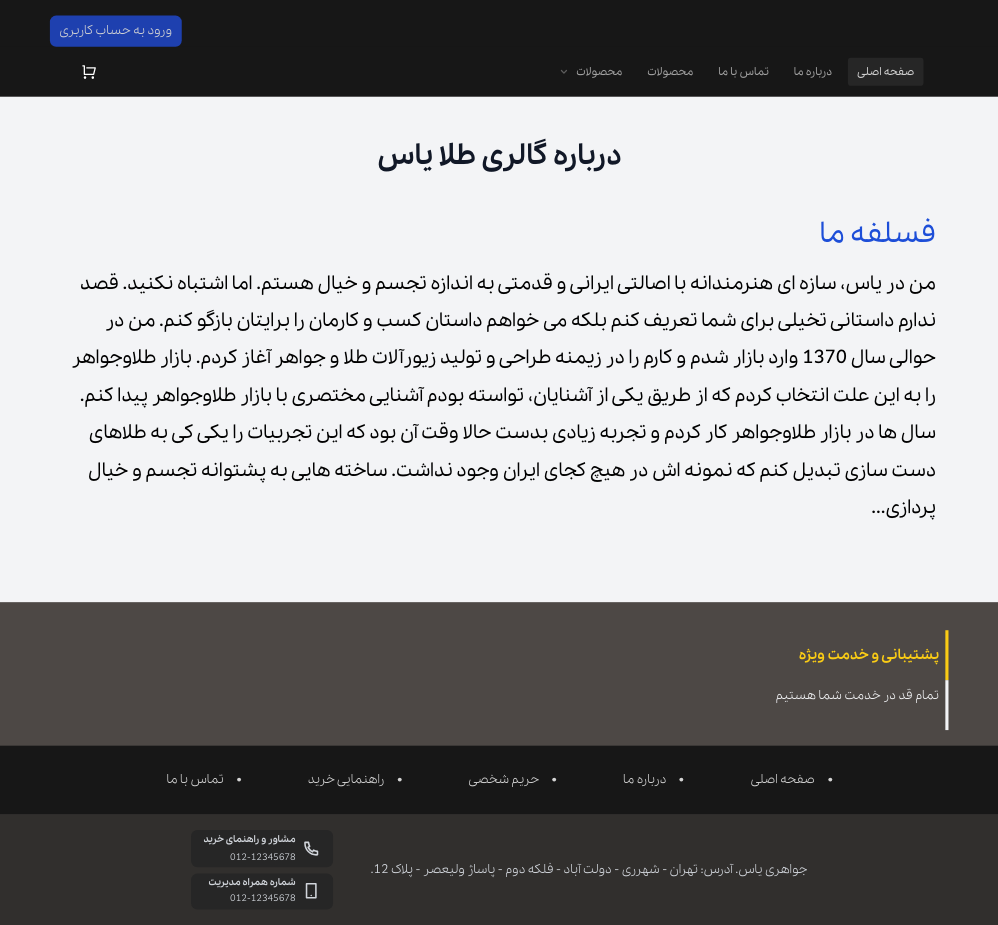
Repository: aliakbarmotallebi/yasgoldgallery-ui
Page: /about
The author's editor kept a copy of each file at every save. The page is drawn from the files as they stood at one save, then again after the next save.
The browser window is 1280 px wide. The pictures show the whole page, at 78% of full size.
The project was rebuilt for these pictures with package versions that can differ from the ones it lists, and the page was loaded fresh each time. Also part of the build but not shown: src/components/Brands.jsx, src/components/GridImages.js, src/components/SpecialComments.jsx, src/components/CardProduct.jsx, src/components/SpecialProducts.jsx, src/components/SuggestedProducts.jsx, src/pages/HomePage.jsx, src/pages/NotFound.jsx and 4 more.

Above is the page before, as saved 2023-01-16 12:21:33.

### public/index.html
<!DOCTYPE html>
<html lang="en" dir="rtl">
  <head>
    <meta charset="utf-8" />
    <link rel="icon" href="%PUBLIC_URL%/favicon.ico" />
    <meta name="viewport" content="width=device-width, initial-scale=1" />
    <meta name="theme-color" content="#000000" />
    <meta
      name="description"
      content="Web site created using create-react-app"
    />
    <link rel="apple-touch-icon" href="%PUBLIC_URL%/logo192.png" />
    <!--
      manifest.json provides metadata used when your web app is installed on a
      user's mobile device or desktop. See https://developers.google.com/web/fundamentals/web-app-manifest/
    -->
    <link rel="manifest" href="%PUBLIC_URL%/manifest.json" />
    <!--
      Notice the use of %PUBLIC_URL% in the tags above.
      It will be replaced with the URL of the `public` folder during the build.
      Only files inside the `public` folder can be referenced from the HTML.

      Unlike "/favicon.ico" or "favicon.ico", "%PUBLIC_URL%/favicon.ico" will
      work correctly both with client-side routing and a non-root public URL.
      Learn how to configure a non-root public URL by running `npm run build`.
    -->
    <title>گالری یاس</title>
  </head>
  <body>
    <noscript>You need to enable JavaScript to run this app.</noscript>
    <div id="root"></div>
    <!--
      This HTML file is a template.
      If you open it directly in the browser, you will see an empty page.

      You can add webfonts, meta tags, or analytics to this file.
      The build step will place the bundled scripts into the <body> tag.

      To begin the development, run `npm start` or `yarn start`.
      To create a production bundle, use `npm run build` or `yarn build`.
    -->
  </body>
</html>

### src/assets/styles/index.css
@import "./fonts.css";
@tailwind base;
@tailwind components;
@tailwind utilities;


@layer base {
    body {
        @apply font-pelak;
    }
}

### src/assets/styles/fonts.css
@font-face {
    /* Pelak Thin */
    font-family: "Pelak";
    font-style: normal;
    font-weight: 100;

    src:url('../fonts/pelak/eot/Pelak-Thin.eot'); /* IE9 Compat Modes */
    src:url('../fonts/pelak/eot/Pelak-Thin.eot?#iefix') format('embedded-opentype'), /* IE6-IE8 */
    url('../fonts/pelak/woff2/Pelak-Thin.woff2') format('woff2'), /* Super Modern Browsers */
    url('../fonts/pelak/woff/Pelak-Thin.woff') format('woff'), /* Pretty Modern Browsers */
    url('../fonts/pelak/ttf/Pelak-Thin.ttf') format('truetype'), /* Safari, Android, iOS */
    url('../fonts/pelak/otf/Pelak-Thin.otf') format('opentype');
}

@font-face {
    /* Pelak Light */
    font-family: "Pelak";
    font-style: normal;
    font-weight: 200;

    src:url('../fonts/pelak/eot/Pelak-light.eot');
    src:url('../fonts/pelak/eot/Pelak-light.eot') format('embedded-opentype'),
    url('../fonts/pelak/woff2/Pelak-light.woff2') format('woff2'),
    url('../fonts/pelak/woff/Pelak-light.woff') format('woff'),
    url('../fonts/pelak/ttf/Pelak-light.ttf') format('truetype'),
    url('../fonts/pelak/otf/Pelak-light.otf') format('opentype');
}

@font-face {
    /* Pelak Regular */
    font-family: "Pelak";
    font-style: normal;
    font-weight: 400;

    src:url('../fonts/pelak/eot/Pelak-Regular.eot');
    src:url('../fonts/pelak/eot/Pelak-Regular.eot') format('embedded-opentype'),
    url('../fonts/pelak/woff2/Pelak-Regular.woff2') format('woff2'),
    url('../fonts/pelak/woff/Pelak-Regular.woff') format('woff'),
    url('../fonts/pelak/ttf/Pelak-Regular.ttf') format('truetype'),
    url('../fonts/pelak/otf/Pelak-Regular.otf') format('opentype');
}

@font-face {
    /* Pelak Medium */
    font-family: "Pelak";
    font-style: normal;
    font-weight: 500;

    src:url('../fonts/pelak/eot/Pelak-Medium.eot');
    src:url('../fonts/pelak/eot/Pelak-Medium.eot') format('embedded-opentype'),
    url('../fonts/pelak/woff2/Pelak-Medium.woff2') format('woff2'),
    url('../fonts/pelak/woff/Pelak-Medium.woff') format('woff'),
    url('../fonts/pelak/ttf/Pelak-Medium.ttf') format('truetype'),
    url('../fonts/pelak/otf/Pelak-Medium.otf') format('opentype');
}

@font-face {
    /* Pelak Semi-Bold */
    font-family: "Pelak";
    font-style: normal;
    font-weight: 600;

    src:url('../fonts/pelak/eot/Pelak-SemiBold.eot');
    src:url('../fonts/pelak/eot/Pelak-SemiBold.eot') format('embedded-opentype'),
    url('../fonts/pelak/woff2/Pelak-SemiBold.woff2') format('woff2'),
    url('../fonts/pelak/woff/Pelak-SemiBold.woff') format('woff'),
    url('../fonts/pelak/ttf/Pelak-SemiBold.ttf') format('truetype'),
    url('../fonts/pelak/otf/Pelak-SemiBold.otf') format('opentype');
}

@font-face {
    /* Pelak Bold */
    font-family: "Pelak";
    font-style: normal;
    font-weight: 700;

    src:url('../fonts/pelak/eot/Pelak-Bold.eot');
    src:url('../fonts/pelak/eot/Pelak-Bold.eot') format('embedded-opentype'),
    url('../fonts/pelak/woff2/Pelak-Bold.woff2') format('woff2'),
    url('../fonts/pelak/woff/Pelak-Bold.woff') format('woff'),
    url('../fonts/pelak/ttf/Pelak-Bold.ttf') format('truetype'),
    url('../fonts/pelak/otf/Pelak-Bold.otf') format('opentype');
}

@font-face {
    /* Pelak Extra-Bold */
    font-family: "Pelak";
    font-style: normal;
    font-weight: 800;

    src:url('../fonts/pelak/eot/Pelak-ExtraBold.eot');
    src:url('../fonts/pelak/eot/Pelak-ExtraBold.eot') format('embedded-opentype'),
    url('../fonts/pelak/woff2/Pelak-ExtraBold.woff2') format('woff2'),
    url('../fonts/pelak/woff/Pelak-ExtraBold.woff') format('woff'),
    url('../fonts/pelak/ttf/Pelak-ExtraBold.ttf') format('truetype'),
    url('../fonts/pelak/otf/Pelak-ExtraBold.otf') format('opentype');
}

@font-face {
    /* Pelak Black */
    font-family: "Pelak";
    font-style: normal;
    font-weight: 900;

    src:url('../fonts/pelak/eot/Pelak-Black.eot');
    src:url('../fonts/pelak/eot/Pelak-Black.eot') format('embedded-opentype'),
    url('../fonts/pelak/woff2/Pelak-Black.woff2') format('woff2'),
    url('../fonts/pelak/woff/Pelak-Black.woff') format('woff'),
    url('../fonts/pelak/ttf/Pelak-Black.ttf') format('truetype'),
    url('../fonts/pelak/otf/Pelak-Black.otf') format('opentype');
}

### src/components/Layout.jsx
import Footer from "./Footer";
import Header from "./Header";

const Layout = ({children}) => {
    return (
        <>
            <div
                className="flex flex-col mx-auto w-full min-h-screen bg-[#4d4845] text-neutral-300">
                <Header />
                <main className="flex-grow">
                    {children}
                </main>
                <Footer />
            </div>
        </>
    );
}
export default Layout;

### src/pages/AboutPage.jsx
const AboutPage = () => {
    return (
        <>
            <div className="bg-gray-100 px-4 xl:px-4 py-14">
                <div className="mx-auto container text-center">
                     <h2 className="text-4xl font-bold text-gray-900">
                         درباره گالری طلا یاس
                     </h2>
                </div>

                <div className="text-2xl text-black tracking-normal px-16 py-10 font-medium leading-loose">
                    <h3 className="font-medium text-4xl py-5 text-blue-700">
                        فسلفه ما
                    </h3>

                    من در یاس، سازه ای هنرمندانه با اصالتی ایرانی و قدمتی به اندازه تجسم و خیال هستم. اما اشتباه نکنید.
                    قصد ندارم داستانی تخیلی برای شما تعریف کنم بلکه می خواهم داستان کسب و کارمان را برایتان بازگو کنم.
                     من در حوالی سال 1370 وارد بازار شدم و کارم را در زیمنه طراحی و تولید زیورآلات طلا و جواهر آغاز کردم.
                     بازار طلاوجواهر را به این علت انتخاب کردم که از طریق یکی از آشنایان، تواسته بودم آشنایی مختصری با بازار طلاوجواهر پیدا کنم.
                     سال ها در بازار طلاوجواهر کار کردم و تجربه زیادی بدست
                     حالا وقت آن بود که این تجربیات را یکی کی به طلاهای دست سازی تبدیل کنم که نمونه اش در هیچ کجای ایران وجود نداشت.
                     ساخته هایی به پشتوانه تجسم و خیال پردازی...

                </div>
            </div>

            <div class="space-y-12 px-2 xl:px-16 py-5">
                <div class="mt-4 flex gap-2">
                    <div>
                        <div class="flex items-center h-16 border-l-4 border-yellow-400"></div>
                        <div class="flex items-center h-16 border-l-4 border-gray-100"></div>
                    </div>
                    <div>
                        <div class="flex items-center h-16">
                            <span class="text-lg text-yellow-400 font-bold">
                                پشتیبانی و خدمت ویژه
                            </span>
                        </div>
                        <div class="flex items-center py-2">
                            <span class="text-gray-100">
                            تمام قد در خدمت شما هستیم
                            </span>
                        </div>
                    </div>
                </div>

            </div>
        </>
    );
}

export default AboutPage;

### src/components/Footer.jsx
const Footer = () => {
    return (
        <>
            <footer>
                <div className="bg-neutral-900">
                    <div className="md:w-10/12 lg:w-8/12 m-auto py-8">
                        <ul class="flex flex-wrap items-center justify-between md:flex-nowrap list-disc list-inside">
                            <li>
                                <a href="#" class="hover:text-sky-400 transition whitespace-nowrap">صفحه اصلی</a>
                            </li>
                            <li>
                                <a href="#" class="hover:text-sky-400 transition whitespace-nowrap">
                                    درباره ما
                                </a>
                            </li>
                            <li>
                                <a href="#" class="hover:text-sky-400 transition whitespace-nowrap">
                                    حریم شخصی
                                </a>
                            </li>
                            <li>
                                <a href="#" class="hover:text-sky-400 transition whitespace-nowrap">
                                    راهنمایی خرید
                                </a>
                            </li>
                            <li>
                                <a href="#" class="hover:text-sky-400 transition whitespace-nowrap">تماس با ما</a>
                            </li>
                        </ul>
                    </div>
                </div>

                <div className="bg-neutral-900/50">
                    <div>
                        <div class="flex flex-wrap items-center justify-between md:flex-nowrap">
                            <div class="w-full space-x-12 items-center space-x-reverse flex justify-center text-gray-300 py-5">
                                <div>
                                    جواهری یاس. آدرس: تهران - شهرری - دولت آباد - فلکه دوم - پاساژ ولیعصر - پلاک 12.
                                </div>

                                <ul role="list" class="space-y-2">
                                    <li className="bg-neutral-800 rounded-lg px-4 py-1">
                                        <div className="inline-flex items-center space-x-2 space-x-reverse">
                                            <svg xmlns="http://www.w3.org/2000/svg" class="fill-current" viewBox="0 0 24 24" width="24" height="24"><path fill="none" d="M0 0h24v24H0z" /><path d="M9.366 10.682a10.556 10.556 0 0 0 3.952 3.952l.884-1.238a1 1 0 0 1 1.294-.296 11.422 11.422 0 0 0 4.583 1.364 1 1 0 0 1 .921.997v4.462a1 1 0 0 1-.898.995c-.53.055-1.064.082-1.602.082C9.94 21 3 14.06 3 5.5c0-.538.027-1.072.082-1.602A1 1 0 0 1 4.077 3h4.462a1 1 0 0 1 .997.921A11.422 11.422 0 0 0 10.9 8.504a1 1 0 0 1-.296 1.294l-1.238.884zm-2.522-.657l1.9-1.357A13.41 13.41 0 0 1 7.647 5H5.01c-.006.166-.009.333-.009.5C5 12.956 11.044 19 18.5 19c.167 0 .334-.003.5-.01v-2.637a13.41 13.41 0 0 1-3.668-1.097l-1.357 1.9a12.442 12.442 0 0 1-1.588-.75l-.058-.033a12.556 12.556 0 0 1-4.702-4.702l-.033-.058a12.442 12.442 0 0 1-.75-1.588z" /></svg>
                                            <div className="text-xs text-white-200">
                                                <div className="font-bold mb-2">
                                                    مشاور و راهنمای خرید
                                                </div>
                                                012-12345678
                                            </div>
                                        </div>
                                    </li>
                                    <li className="bg-neutral-800 rounded-lg px-4 py-1">
                                        <div className="inline-flex items-center space-x-2 space-x-reverse">
                                            <svg xmlns="http://www.w3.org/2000/svg" class="fill-current" viewBox="0 0 24 24" width="24" height="24"><path fill="none" d="M0 0h24v24H0z" /><path d="M7 4v16h10V4H7zM6 2h12a1 1 0 0 1 1 1v18a1 1 0 0 1-1 1H6a1 1 0 0 1-1-1V3a1 1 0 0 1 1-1zm6 15a1 1 0 1 1 0 2 1 1 0 0 1 0-2z" /></svg>
                                            <div className="text-xs text-white-200">
                                                <div className="font-bold mb-1">
                                                    شماره همراه مدیریت
                                                </div>
                                                012-12345678
                                            </div>
                                        </div>
                                    </li>
                                </ul>
                            </div>
                        </div>
                    </div>
                </div>

            </footer>
        </>
        );
    };
export default Footer;

### src/components/Modal.jsx
import React, { useRef, useEffect, useCallback } from "react";

const Modal = ({ title, showModal, setShowModal, children }) => {
  const keyPress = useCallback(
    (e) => {
      if (e.key === "Escape" && showModal) {
        setShowModal(false);
        console.log("I pressed");
      }
    },
    [setShowModal, showModal]
  );

  useEffect(() => {
    document.addEventListener("keydown", keyPress);
    return () => document.removeEventListener("keydown", keyPress);
  }, [keyPress]);

  return (
    <>
      {showModal ? (
        <div onClick={() => setShowModal(false) }className="fixed top-0 left-0 right-0 z-50 w-full p-4 overflow-x-hidden overflow-y-auto md:inset-0 h-modal md:h-full bg-black/90">
          <div className="flex justify-center items-center h-full">
            <div className="relative w-full h-full max-w-2xl md:h-auto">
              <div className="relative bg-white rounded-lg shadow dark:bg-gray-700">
                <div className="p-6 space-y-6">{children}</div>
              </div>
            </div>
          </div>
        </div>
      ) : null}
    </>
  );
};

export default Modal;

Loaded but not shown: src/Router.js (25 lines, source omitted); src/index.js (11 lines, source omitted); tailwind.config.js (15 lines, source omitted); src/App.js (9 lines, source omitted); src/components/Header.jsx (145 lines, source omitted)

After the next save:
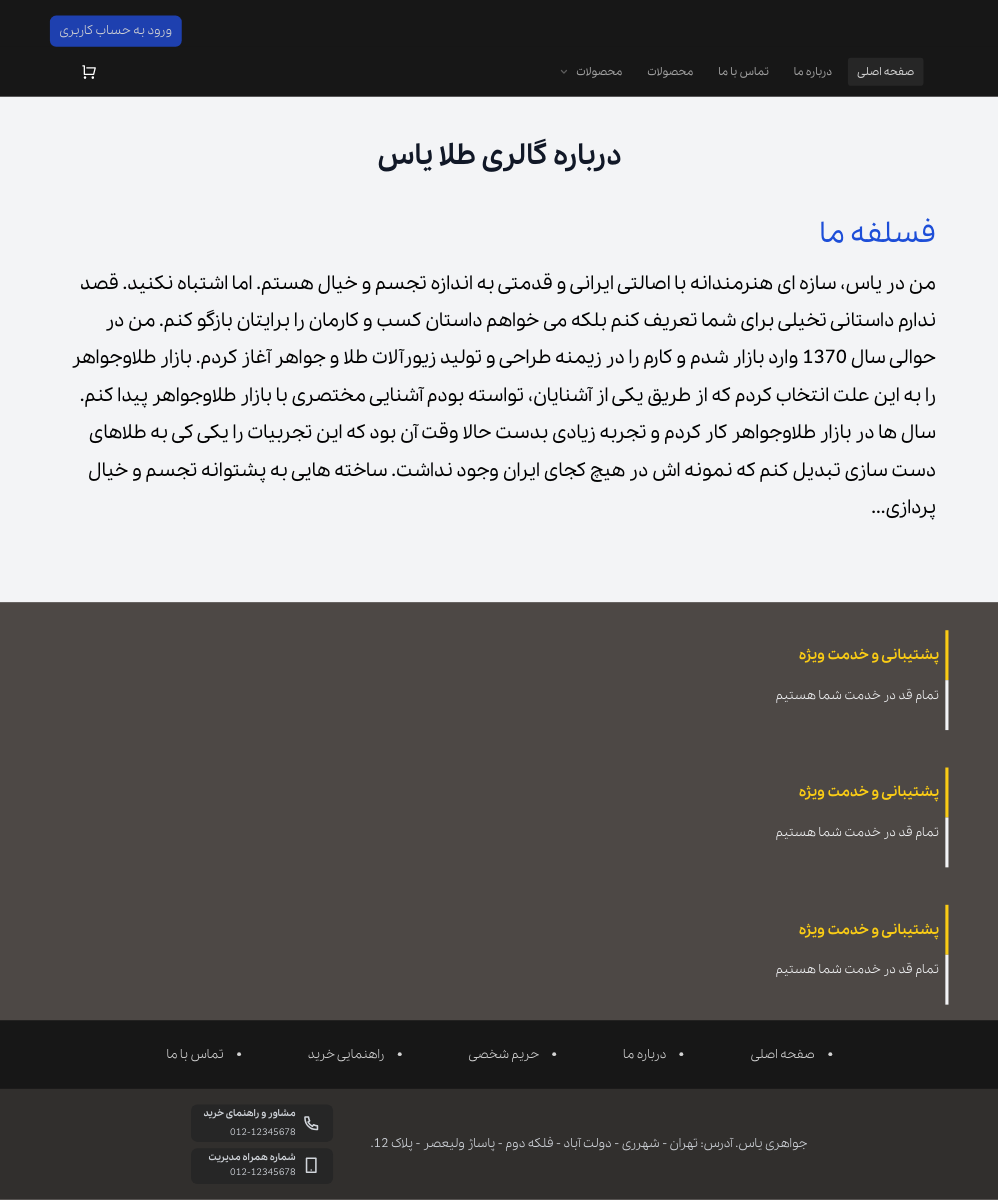
Saved 20 s later.
--- a/src/pages/AboutPage.jsx
+++ b/src/pages/AboutPage.jsx
@@ -43,6 +43,42 @@ const AboutPage = () => {
                         </div>
                     </div>
                 </div>
+                <div class="mt-4 flex gap-2">
+                    <div>
+                        <div class="flex items-center h-16 border-l-4 border-yellow-400"></div>
+                        <div class="flex items-center h-16 border-l-4 border-gray-100"></div>
+                    </div>
+                    <div>
+                        <div class="flex items-center h-16">
+                            <span class="text-lg text-yellow-400 font-bold">
+                                پشتیبانی و خدمت ویژه
+                            </span>
+                        </div>
+                        <div class="flex items-center py-2">
+                            <span class="text-gray-100">
+                            تمام قد در خدمت شما هستیم
+                            </span>
+                        </div>
+                    </div>
+                </div>
+                <div class="mt-4 flex gap-2">
+                    <div>
+                        <div class="flex items-center h-16 border-l-4 border-yellow-400"></div>
+                        <div class="flex items-center h-16 border-l-4 border-gray-100"></div>
+                    </div>
+                    <div>
+                        <div class="flex items-center h-16">
+                            <span class="text-lg text-yellow-400 font-bold">
+                                پشتیبانی و خدمت ویژه
+                            </span>
+                        </div>
+                        <div class="flex items-center py-2">
+                            <span class="text-gray-100">
+                            تمام قد در خدمت شما هستیم
+                            </span>
+                        </div>
+                    </div>
+                </div>
 
             </div>
         </>

After the save that followed:
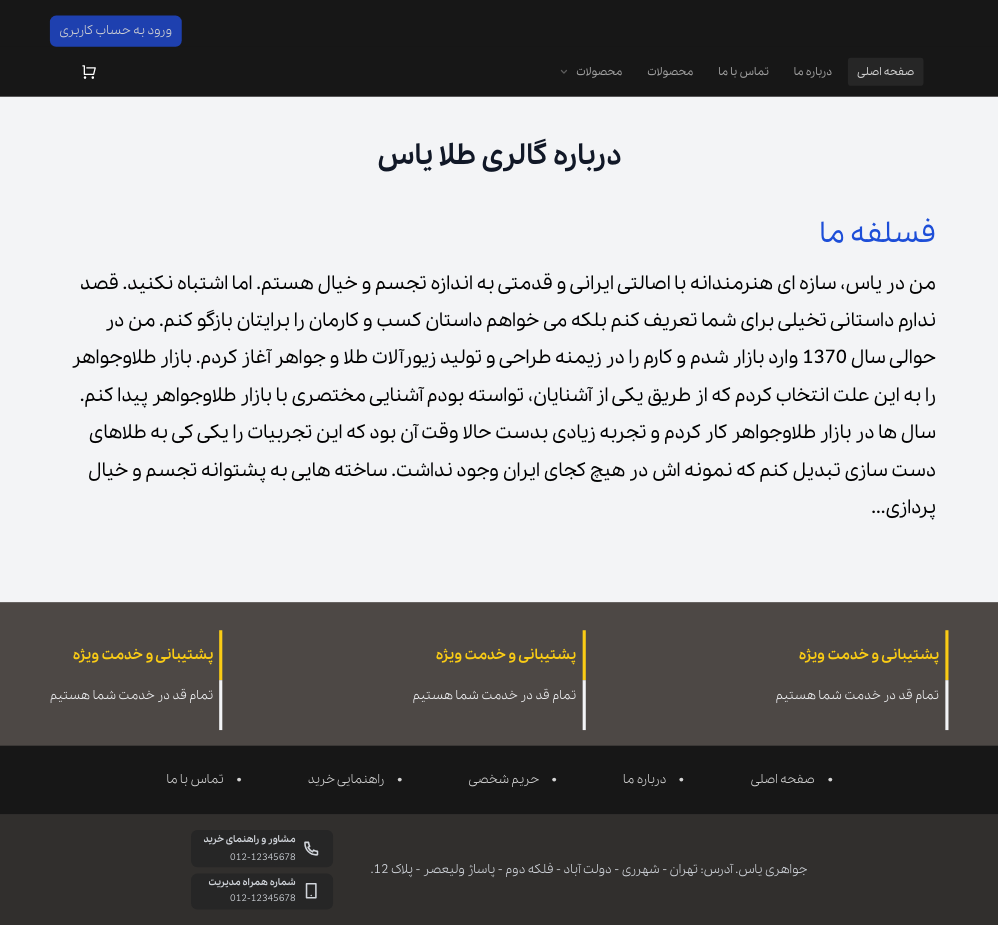
Saved 17 s later.
--- a/src/pages/AboutPage.jsx
+++ b/src/pages/AboutPage.jsx
@@ -24,7 +24,7 @@ const AboutPage = () => {
                 </div>
             </div>
 
-            <div class="space-y-12 px-2 xl:px-16 py-5">
+            <div class="flex justify-between px-2 xl:px-16 py-5">
                 <div class="mt-4 flex gap-2">
                     <div>
                         <div class="flex items-center h-16 border-l-4 border-yellow-400"></div>
